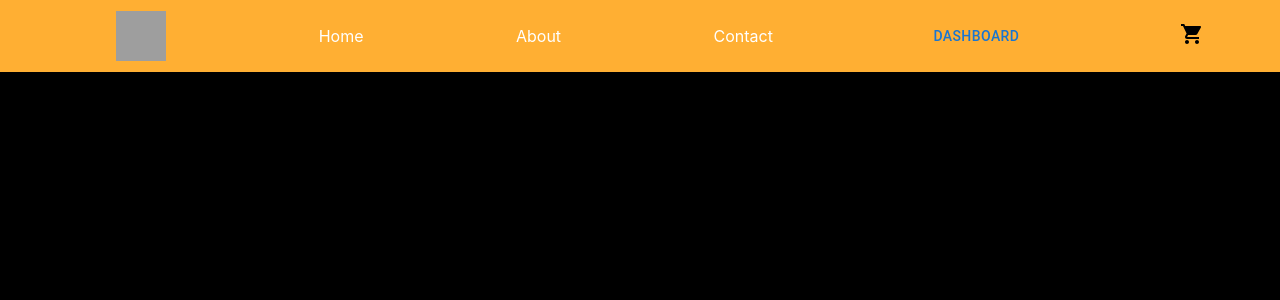
Repository: Toydrum/React-Hector-Coronado-EntregaFinal
Page: /
The author's editor kept a copy of each file at every save. The page is drawn from the files as they stood at one save, then again after the next save.
The browser window is 1280 px wide. The pictures show the whole page.
Pictures or frames that could not be fetched are drawn as grey boxes. The page's requests for data from a server got no answer. The project was rebuilt for these pictures with package versions that can differ from the ones it lists, and the page was loaded fresh each time. No one was signed in, and anything a server would have sent is missing. Also part of the build but not shown: vite.config.js, src/components/CardUser/CardUser.jsx, src/pages/ContactPage/ContactPage.jsx, src/pages/AboutPage/AboutPage.jsx, src/pages/DetailPage/DetailPage.jsx.

Above is the page before, as saved 2023-07-15 16:00:38.

### src/App.jsx
import React from "react";
import "./App.css";
import { BrowserRouter as Router, Routes, Route } from "react-router-dom";
//Components
import NavBar from "./components/Navbar/Navbar";
import CartWidged from "./components/CartWidget/CartWidget";
import MenuColor from "./components/MenuColor/MenuColor";
//import CardUser from "./components/CardUser/CardUser";

//Pages
import HomePage from "./pages/HomePage/HomePage";
import ContactPage from "./pages/ContactPage/ContactPage";
import AboutPage from "./pages/AboutPage/AboutPage";
import DetailPage from "./pages/DetailPage/DetailPage";

const App = () => {
  return (
    <Router>
      <div className="App">
        <NavBar />
        <Routes>
          <Route path="/" element={<HomePage />}></Route>
          <Route path="/About" element={<AboutPage />}></Route>
          <Route path="/Contact" element={<ContactPage />}></Route>
          <Route path="/detail/:id" element={<DetailPage />}></Route>
          <Route path="/cart" element={<CartWidged />}></Route>
        </Routes>
        <div className="Cards-Container"></div>
      </div>
    </Router>
  );
};

export default App;

### src/App.css
body{
  background-color: black;
}

.App {
  display: flex;
  flex-direction: column;
  justify-content: center;
}

.Cards-Container{
  display: flex;
  width: 100%;
  justify-content: center;
}

### src/components/Navbar/Navbar.jsx
import React from "react";
import "./Navbar.css";
import logo from "./cat-logo.svg";
import { Link } from "react-router-dom";
import CartWidget from "../CartWidget/CartWidget";
import MenuColor from "../MenuColor/MenuColor";

const NavBar = () => {
  return (
    <nav className="nav-container">
      <ul className="nav-ul">
        <img src={logo} alt="gatito" style={{ height: 50, width: 50 }} />
        <li className="li">
          <Link to="/" className="li">
            Home
          </Link>
        </li>
        <li className="li">
          <Link to="/about" className="li">
            About
          </Link>
        </li>
        <li className="li">
          <Link to="/contact" className="li">
            Contact
          </Link>
        </li>
        <li className="li">
          <Link to="/detail" className="li"></Link>
          <MenuColor />
        </li>
        <li className="li">
          <Link to="/cart" className="li"></Link>
          <CartWidget />
        </li>
      </ul>
    </nav>
  );
};

export default NavBar;

### src/components/CartWidget/CartWidget.jsx
import React from "react";
import ShoppingCartIcon from "@mui/icons-material/ShoppingCart";
const CartWidget = () => {
  return (
    <div>
      <a href="https://www.google.com.mx/?hl=es" style={{ color: "black" }}>
        <ShoppingCartIcon />
      </a>
    </div>
  );
};

export default CartWidget;

### src/components/MenuColor/MenuColor.jsx
import * as React from "react";
import Button from "@mui/material/Button";
import Menu from "@mui/material/Menu";
import MenuItem from "@mui/material/MenuItem";

const MenuColor = () => {
  const [anchorEl, setAnchorEl] = React.useState(null);
  const open = Boolean(anchorEl);
  const handleClick = (event) => {
    setAnchorEl(event.currentTarget);
  };
  const handleClose = () => {
    setAnchorEl(null);
  };

  return (
    <div>
      <Button
        id="demo-positioned-button"
        aria-controls={open ? "demo-positioned-menu" : undefined}
        aria-haspopup="true"
        aria-expanded={open ? "true" : undefined}
        onClick={handleClick}
      >
        Dashboard
      </Button>
      <Menu
        id="demo-positioned-menu"
        aria-labelledby="demo-positioned-button"
        anchorEl={anchorEl}
        open={open}
        onClose={handleClose}
        anchorOrigin={{
          vertical: "top",
          horizontal: "left",
        }}
        transformOrigin={{
          vertical: "top",
          horizontal: "left",
        }}
      >
        <MenuItem onClick={handleClose}>Profile</MenuItem>
        <MenuItem onClick={handleClose}>My account</MenuItem>
        <MenuItem onClick={handleClose}>Logout</MenuItem>
      </Menu>
    </div>
  );
};

export default MenuColor;

### src/pages/HomePage/HomePage.jsx
import React from "react";
import CardList from "../../components/CardList/CardList";

const HomePage = () => {
  return (
    <div>
      <h1 style={{ display: "flex", justifyContent: "center" }}>HomePage</h1>
      <CardList />
    </div>
  );
};

export default HomePage;

### src/components/Navbar/Navbar.css
.nav-container {
  background-color: #FFAF33;
  height: 10vh;
  display: flex;
  width: 100%;
  justify-content: space-around;
  align-items: center;
}

.nav-ul {
  display: flex;
  width: 100%;
  justify-content: space-around;
  align-items: center;
}

.li {
  color: white;
  list-style-type: none;
  text-decoration: none;
}

### src/components/CardList/CardList.jsx
import React, { useState, useEffect } from "react";
import CardUser from "../CardUser/CardUser";
import "./CardList.css";
//import { Link } from "react-router-dom";
import { db } from "../../firebase/firebaseConfig";
import { collection, query, getDocs } from "firebase/firestore";

const CardList = () => {
  const [gato, setGato] = useState([]);
  useEffect(() => {
    const getGatito = async () => {
      const q = query(collection(db, "gatitos"));
      const docs = [];
      const querySnapshot = await getDocs(q);
      querySnapshot.forEach((doc) => {
        docs.push({ ...doc.data(), id: doc.id });
      });

      setGato(docs);
    };
    getGatito();
  }, []);
  console.log(gato);

  return (
    <div className="Cards-List">
      {gato.map((gato) => {
        return (
          <div key={gato.id}>
            <CardUser data={gato} />
          </div>
        );
      })}
    </div>
  );
};

export default CardList;

### src/components/CardList/CardList.css
.Cards-List{
  display: grid;
  justify-content: space-around;
  align-content: space-around;
  align-items: center;
  grid-template-columns: 1fr 1fr 1fr 1fr;
}

### src/firebase/firebaseConfig.js
// Import the functions you need from the SDKs you need
import { initializeApp } from "firebase/app";
//import { getAnalytics } from "firebase/analytics";
// TODO: Add SDKs for Firebase products that you want to use
// https://firebase.google.com/docs/web/setup#available-libraries
import { getFirestore } from "firebase/firestore";
// Your web app's Firebase configuration
// For Firebase JS SDK v7.20.0 and later, measurementId is optional
const firebaseConfig = {
  apiKey: "AIzaSyCLSk1f1K6dPfkavJgb9mdon9PDEPSR80U",
  authDomain: "gatitos-7f5b2.firebaseapp.com",
  projectId: "gatitos-7f5b2",
  storageBucket: "gatitos-7f5b2.appspot.com",
  messagingSenderId: "577315722745",
  appId: "1:577315722745:web:28034b8baa1dc0c2115928",
  measurementId: "G-DZQ36RVP49",
};

// Initialize Firebase
const app = initializeApp(firebaseConfig);
//const analytics = getAnalytics(app);
export const db = getFirestore(app);

Loaded but not shown: index.html (common file); src/main.jsx (common file); src/index.css (common file)

After the next save:
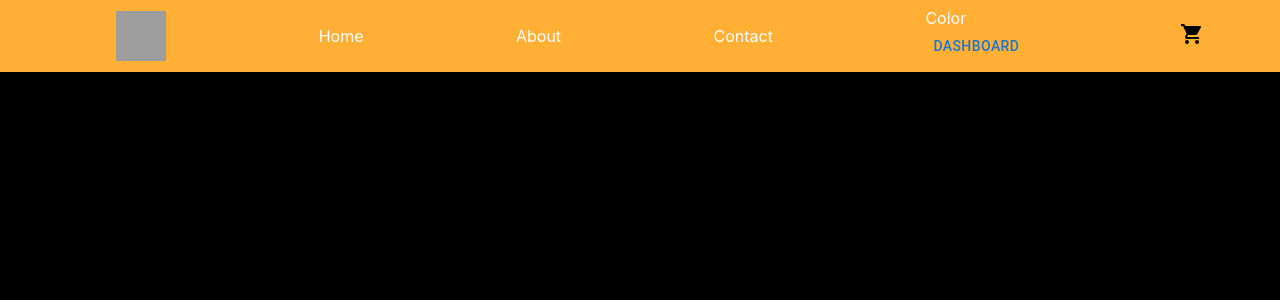
Saved 2 min 37 s later.
--- a/src/components/Navbar/Navbar.jsx
+++ b/src/components/Navbar/Navbar.jsx
@@ -26,7 +26,9 @@ const NavBar = () => {
           </Link>
         </li>
         <li className="li">
-          <Link to="/detail" className="li"></Link>
+          <Link to="/detail" className="li">
+            Color
+          </Link>
           <MenuColor />
         </li>
         <li className="li">
